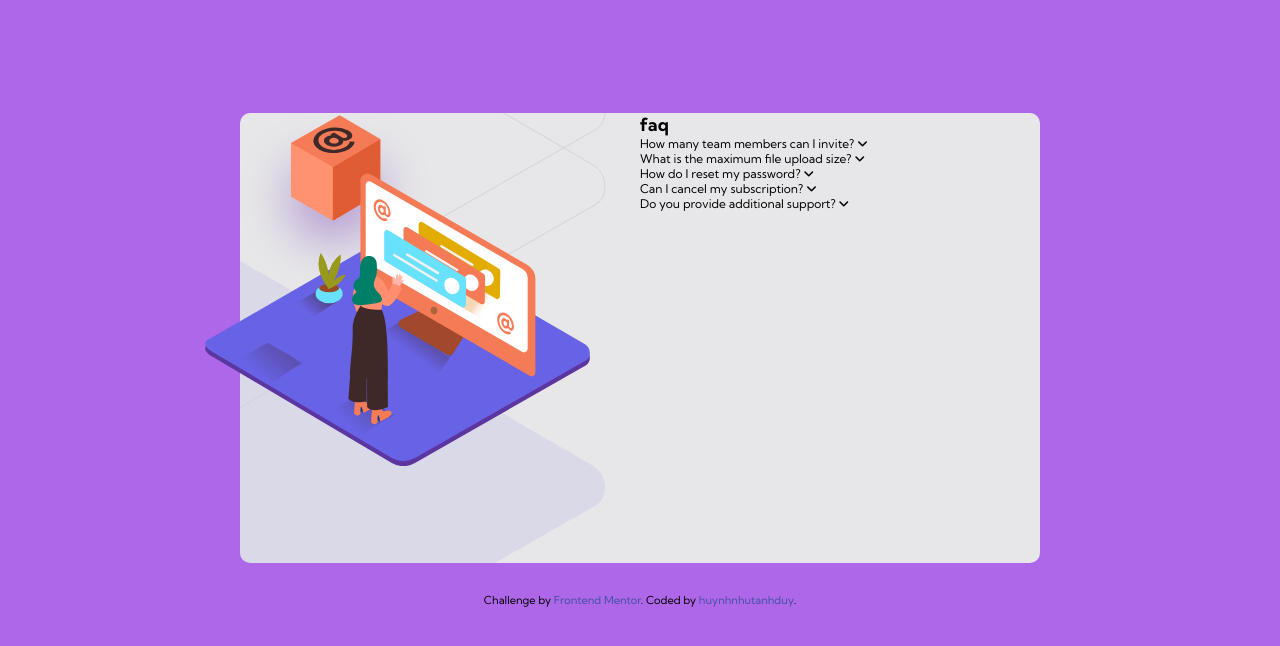
Repository: huynhnhutanhduy/faq-accordion-card
Page: index.html
The author's editor kept a copy of each file at every save. The page is drawn from the files as they stood at one save, then again after the next save.
The browser window is 1280 px wide. The pictures show the whole page.

Above is the page before, as saved 2022-10-20 13:50:14.

### index.html
<!DOCTYPE html>
<html lang="en">
  <head>
    <meta charset="UTF-8" />
    <meta name="viewport" content="width=device-width, initial-scale=1.0" />
    <!-- displays site properly based on user's device -->
    <link rel="icon" type="image/png" sizes="32x32" href="./images/favicon-32x32.png" />
    <title>Frontend Mentor | FAQ Accordion Card</title>
    <link rel="preconnect" href="https://fonts.googleapis.com" />
    <link rel="preconnect" href="https://fonts.gstatic.com" crossorigin />
    <link
      href="https://fonts.googleapis.com/css2?family=Kumbh+Sans:wght@400;700&display=swap"
      rel="stylesheet"
    />
    <link
      rel="stylesheet"
      href="https://cdnjs.cloudflare.com/ajax/libs/font-awesome/6.2.0/css/all.min.css"
      integrity="sha512-xh6O/CkQoPOWDdYTDqeRdPCVd1SpvCA9XXcUnZS2FmJNp1coAFzvtCN9BmamE+4aHK8yyUHUSCcJHgXloTyT2A=="
      crossorigin="anonymous"
      referrerpolicy="no-referrer"
    />
    <link rel="stylesheet" href="./app.css" />
  </head>
  <body>
    <main>
      <article class="card">
        <div class="card-left">
          <div class="card-image">
            <img
              src="./images/illustration-woman-online-desktop.svg"
              alt=""
              class="card-image__item"
            />
          </div>
          <img src="./images/illustration-box-desktop.svg" alt="" class="card-box" />
        </div>
        <div class="card-right">
          <h1 class="card-title">faq</h1>
          <div class="card-list">
            <div class="card-item">
              <div class="card-item__header">
                <span class="card-item__header-title"
                  >How many team members can I invite?
                </span>
                <i class="fa-solid fa-angle-down card-item__header-icon"></i>
              </div>
              <div class="card-item__content">
                <div class="card-item__content-inner">
                  You can invite up to 2 additional users on the Free plan. There is no limit
                  on team members for the Premium plan.
                </div>
              </div>
            </div>
            <div class="card-item">
              <div class="card-item__header">
                <span class="card-item__header-title"
                  >What is the maximum file upload size?
                </span>
                <i class="fa-solid fa-angle-down card-item__header-icon"></i>
              </div>
              <div class="card-item__content">
                <div class="card-item__content-inner">
                  No more than 2GB. All files in your account must fit your allotted storage
                  space.
                </div>
              </div>
            </div>
            <div class="card-item">
              <div class="card-item__header">
                <span class="card-item__header-title">How do I reset my password? </span>
                <i class="fa-solid fa-angle-down card-item__header-icon"></i>
              </div>
              <div class="card-item__content">
                <div class="card-item__content-inner">
                  Click “Forgot password” from the login page or “Change password” from your
                  profile page. A reset link will be emailed to you.
                </div>
              </div>
            </div>
            <div class="card-item">
              <div class="card-item__header">
                <span class="card-item__header-title">Can I cancel my subscription? </span>
                <i class="fa-solid fa-angle-down card-item__header-icon"></i>
              </div>
              <div class="card-item__content">
                <div class="card-item__content-inner">
                  Yes! Send us a message and we’ll process your request no questions asked.
                </div>
              </div>
            </div>
            <div class="card-item">
              <div class="card-item__header">
                <span class="card-item__header-title"
                  >Do you provide additional support?
                </span>
                <i class="fa-solid fa-angle-down card-item__header-icon"></i>
              </div>
              <div class="card-item__content">
                <div class="card-item__content-inner">
                  Chat and email support is available 24/7. Phone lines are open during normal
                  business hours.
                </div>
              </div>
            </div>
          </div>
        </div>
      </article>
    </main>
    <footer class="attribution">
      Challenge by
      <a href="https://www.frontendmentor.io?ref=challenge" target="_blank">Frontend Mentor</a
      >. Coded by <a href="https://github.com/huynhnhutanhduy">huynhnhutanhduy</a>.
    </footer>
  </body>
</html>

### app.css
:root {
  --very-dark-desaturated-blue: hsl(238, 29%, 16%);
  --soft-red: hsl(14, 88%, 65%);
  --soft-violet: hsl(273, 75%, 66%);
  --soft-blue: hsl(240, 73%, 65%);
  --very-dark-grayish-blue: hsl(237, 12%, 33%);
  --dark-grayish-blue: hsl(240, 6%, 50%);
  --light-grayish-blue: hsl(240, 5%, 91%);
}
* {
  margin: 0;
  padding: 0;
  border: 0;
}
*,
*::before,
*::after,
html {
  box-sizing: border-box;
}
html {
  font-size: 62.5%;
}
body {
  font-size: 1.2rem;
  font-weight: normal;
  font-family: "Kumbh Sans", sans-serif;
  background-color: var(--soft-violet);
  height: 100vh;
  width: 100vw;
  display: grid;
  align-content: center;
  justify-content: center;
}
a {
  text-decoration: none;
}
img {
  display: block;
  max-width: 100%;
}

.attribution {
  font-size: 11px;
  text-align: center;
}
.attribution a {
  color: hsl(228, 45%, 44%);
}

.card {
  max-width: 80rem;
  border-radius: 1rem;
  margin-bottom: 3rem;
  background: var(--light-grayish-blue) url("./images/bg-pattern-desktop.svg") no-repeat;
  background-position-x: -600px;
  background-position-y: -300px;
  height: 45rem;
  width: 92rem;
  display: grid;
  grid-template-columns: 350px 1fr;
  grid-gap: 5rem;
}
.card-left {
  position: relative;
}
.card-image {
  position: absolute;
  height: 70%;
  top: 60px;
  left: -35px;
}

.card-item__content-inner {
  display: none;
}

After the next save:
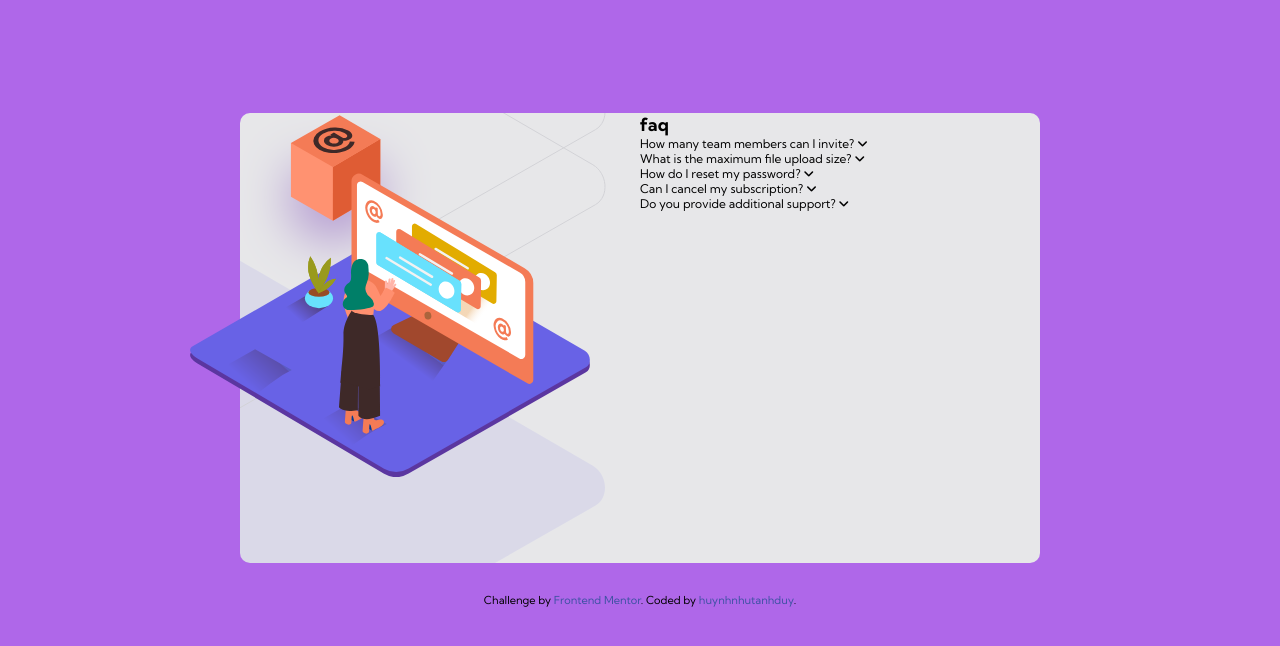
Saved 9 s later.
--- a/app.css
+++ b/app.css
@@ -68,7 +68,7 @@ img {
   position: absolute;
   height: 70%;
   top: 60px;
-  left: -35px;
+  left: -50px;
 }
 
 .card-item__content-inner {
